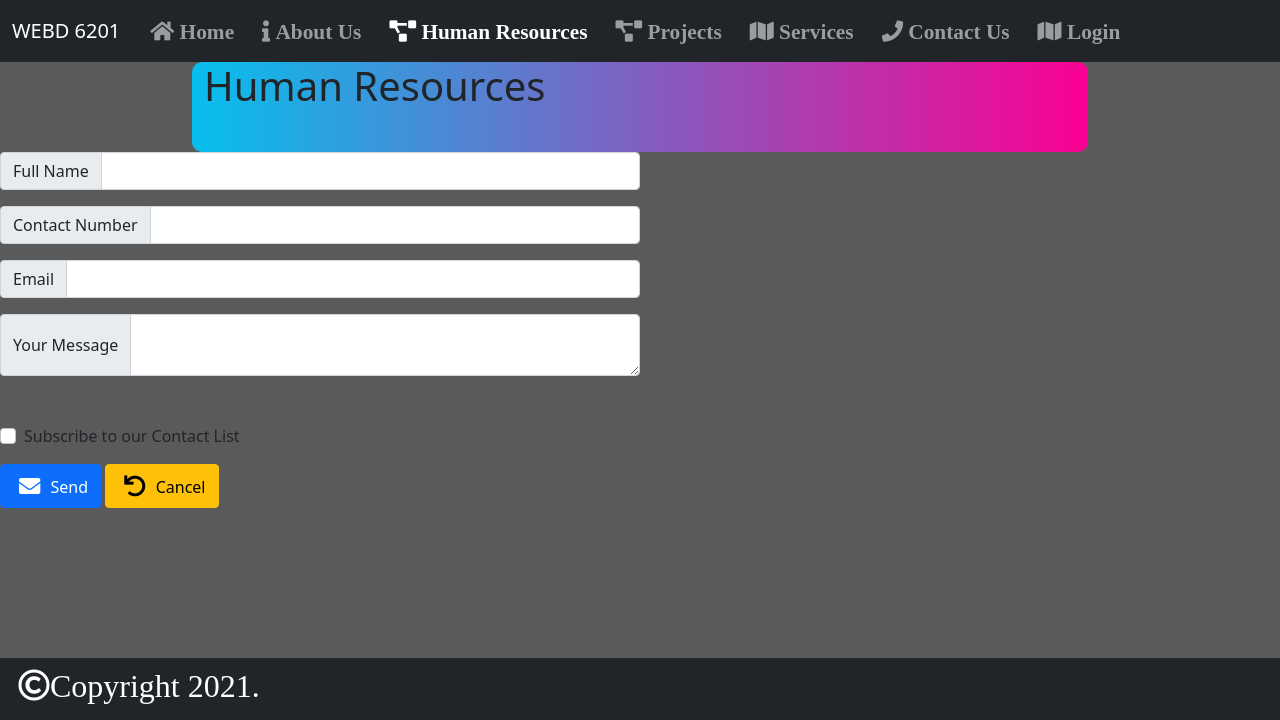
Repository: vans12345678/WEBD6201-W2021-Lab2
Page: human-resources.html
An editor plug-in stored every save of this project. The page is shown before and after the next save, followed by the edit.
The browser window is 1280 px wide. The pictures show the whole page.

Above is the page before, as saved 2021-03-06 18:39:31.

### human-resources.html
<!--human-resources.html
Name: Andre Agrippa, Michai Pryce
Date: 02/05/2021
-->
<!DOCTYPE html>
<html lang="en">
<head>
    <meta charset="UTF-8">
    <meta name="viewport" content="width=device-width, initial-scale=1.0">
    <title>Human Resources</title>

    <!-- CSS Section -->
    <link rel="stylesheet" href="./node_modules/bootstrap/dist/css/bootstrap.min.css">
    <link rel="stylesheet" href="./node_modules/@fortawesome/fontawesome-free/css/all.min.css">
    <link rel="stylesheet" href="./Content/app.css">
</head>
<body>
  <!-- Main Header -->
    <header>
      <!-- Main Navigation -->
        <nav class="navbar navbar-expand-lg navbar-dark bg-dark">
            <div class="container-fluid">
              <a id ="navHome" class="navbar-brand" href="index.html"></a>
              <button class="navbar-toggler" type="button" data-bs-toggle="collapse" data-bs-target="#navbarSupportedContent" aria-controls="navbarSupportedContent" aria-expanded="false" aria-label="Toggle navigation">
                <span class="navbar-toggler-icon"></span>
              </button>
              <div class="collapse navbar-collapse" id="navbarSupportedContent">
                <ul id = "ulNav" class="navbar-nav me-auto mb-2 mb-lg-0">
                  <li class="nav-item">
                    <a  class="nav-link" aria-current="page" href="index.html"><i id ="navIndex"class = "fas fa-home fa-lg"></i></a>
                  </li>
                  <li class="nav-item" id ="navAbout">
                    <a  class="nav-link " aria-current="page" href="about.html"><i id ="navAboutItem"class = "fas fa-info fa-lg"></i></a>
                  </li>
                  <li class="nav-item">
                    <a  class="nav-link" aria-current="page" href="projects.html"><i id ="navProjects" class ="fas fa-project-diagram fa-lg">Products</i></a>
                  </li>
                  <li class="nav-item">
                    <a  class="nav-link" aria-current="page" href="services.html"><i id ="navServices"class = "fas fa-map fa-lg"></i></a>
                  </li>
                  <li class="nav-item">
                    <a  class="nav-link " aria-current="page" href="contact.html"><i id ="navContact"class = "fas fa-phone fa-lg"></i></a>
                  </li>
                  <li class="nav-item" id="liLogin">
                    <a  class="nav-link " aria-current="page" href="login.html"><i  id ="navLogin" class = "fas fa-map fa-lg"></i></a>
                  </li>
                </ul>
              </div>
            </div>
          </nav>
    </header>
  <!-- Main Contents -->
    <main>
        <h1 class = "container">Human Resources</h1>
        <form class="col-lg-6 col-md-10 col-sm-10">

          <div class="input-group mb-3">
            <span class="input-group-text" id="inputGroup-sizing-default">Full Name </span>
            <input id="fullName" type="text" class="form-control" aria-label="Full Name" aria-describedby="Full Name Input"
            name="fullName" required>
          </div>

          <div class="input-group mb-3">
            <span class="input-group-text" id="inputGroup-sizing-default">Contact Number</span>
            <input id="contactNumber" type="tel" class="form-control" aria-label="Contact Number" aria-describedby="Contact Number Input"
            name="contactNumber" required>
          </div>

          <div class="input-group mb-3">
            <span class="input-group-text" id="inputGroup-sizing-default">Email</span>
            <input id="emailAddress" type="email" class="form-control" aria-label="Email Address" aria-describedby="Email Address Input"
            name="emailAddress" required>
          </div>

          <div class="input-group mb-3">
            <span class="input-group-text">Your Message</span>
            <textarea id="message" class="form-control" aria-label="With textarea" required></textarea>
          </div>

        <div class = "form-check mt-5 mb-3">
          <!-- <span class="input-group-text" id="inputGroup-sizing-default">Subscribe</span> -->
          <input id="subscribeCheckBox" name="subscribeCheckBox"class="form-check-input" type="checkbox" value="">
          <label class="form-check-label" for="flexCheckChecked"> Subscribe to our Contact List</label>
        </div>

          <button id="sendButton" type="submit" class="btn btn-primary"><i class="fas fa-envelope fa-lg"></i> Send</button>
          <button id="cancelButton" type="reset" class="btn btn-warning"><i class="fas fa-undo fa-lg"></i> Cancel</button>
        </form>
    </main>
    <!-- Main Footer -->
    <footer>
      <nav class="navbar fixed-bottom navbar-dark bg-dark">
          <div class="container-fluid">
              <h4><i id = "footer"class="far fa-copyright fa-lg site-footer"></i></h4>
          </div>
        </nav>
  </footer>
    <!-- Script Section -->
    <script src="./node_modules/jquery/dist/jquery.min.js"></script>
    <script src="./node_modules/bootstrap/dist/js/bootstrap.bundle.min.js"></script>
    <script src="./Scripts/namespace.js"></script>
    <script src="./Scripts/user.js"></script>
    <script src="./Scripts/app.js"></script>
</body>
</html>

### Content/app.css
/* custom css goes here */
.Vapor {
    background-image: url('../images/vapor.jpg');
    background-repeat: no-repeat;
    background-attachment: fixed;
    background-size: 100% 100%;
  }
  a {
    color: greenyellow;
  }
  .textFont
  {
    font-family: Arial, Helvetica, sans-serif;
    line-height: 32px;
  }
  body
  {
    background-color: rgb(90, 90, 90);
  }
  h1.container{
    border-radius: 10px;
    width: 70%;
    height: 90px;
    margin: 0px auto;
    background: linear-gradient(90deg,#06bfee,#fb0093)
  }
  h1.projects{
    background-color: white;
  }
  .contact-table{
    width: 100%;
    margin:  50px auto;
    background-color: white;
  }
  .contact-form
  {
    width: 100%;
    margin:  100px auto;
  }
  .warnMessage
  {
    width: 90%;
    margin:  50px;
  }
  .site-footer {
    color:white;
  }
  .formMargin
  {
    margin: 35px 70px;
  }
  .inputMargin
  {
    margin: 5px 10px;
  }
  .formBackground
  {
    background-color: rgba(20, 174, 235, 0.822);
    border: 5px solid rgb(0, 238, 255);

  }
  i{
    margin:7px 6px;
  }

### Scripts/namespace.js
//Namespace core
let core;

### Scripts/user.js
"use strict";
// User Class

((core)=>
{
  class User {
    // getters and setters
    get DisplayName()
    {
      return this.m_displayName;
    }

    set DisplayName(value)
    {
      this.m_displayName = value;
    }

    get EmailAddress()
    {
      return this.m_emailAddress;
    }

    set EmailAddress(value)
    {
      this.m_emailAddress = value;
    }

    get Username()
    {
      return this.m_username;
    }

    set Username(value)
    {
      this.m_username = value;
    }
    get Password()
    {
      return this.m_password;
    }

    set Password(value)
    {
      this.m_password = value;
    }

    // constructor
    /**
     * Creates an instance of user
     * @param {string} displayName
     * @param {string} emailAddress
     * @param {string} username
     * @param {string} password
     */
    constructor(displayName = "", emailAddress = "", username = "", password = "")
    {
      this.DisplayName = displayName;
      this.EmailAddress = emailAddress;
      this.Username = username;
      this.Password = password;

    }

    // methods

    /**
     * This method overrides the built-in toString method for the User class
     *
     * @returns {string}
     */
    toString()
    {
      return `Display Name     : ${this.DisplayName}\nEmail Address : ${this.EmailAddress}\nUser Name : ${this.Username}`;
    }

    /**
     * This method returns a JSON object made up of the properties of the User class
     *
     * @returns {Object}
     */
    toJSON()
    {
      return {
        "DisplayName": this.DisplayName,
        "EmailAddress": this.EmailAddress,
        "Username":this.Username
      }
    }

    /**
     * This method takes a JSON data object and assigns the value to the User class properties
     *
     * @param {Object} data
     */
    fromJSON(data)
    {
      this.DisplayName = data.DisplayName;
      this.EmailAddress = data.EmailAddress;
      this.Username = data.Username;
      this.Password = data.Password;
    }

    /**
     * This method converts the User into a comma-separated value string
     *
     * @returns {string}
     */
    serialize()
    {
      if(this.DisplayName !== "" && this.EmailAddress !== "" && this.Username !== "")
      {
        return `${this.DisplayName},${this.EmailAddress},${this.Username}`;
      }
      else
      {
        console.error("One or more properties of the User is empty");
        return null;
      }
    }

    /**
     * This method takes a comma-separated data string and assigns the values to the User class properties
     *
     * @param {string} data
     * @return {void}
     */
    deserialize(data)
    {
      let propertyArray = data.split(",");
      this.DisplayName = propertyArray[0];
      this.EmailAddress = propertyArray[1];
      this.Username = propertyArray[2];
    }
  }

  core.User = User;

})(core || (core={}));

Loaded but not shown: node_modules/bootstrap/dist/css/bootstrap.min.css (library); node_modules/@fortawesome/fontawesome-free/css/all.min.css (library); node_modules/jquery/dist/jquery.min.js (library); node_modules/bootstrap/dist/js/bootstrap.bundle.min.js (library); Scripts/app.js (639 lines, source omitted)

After the next save:
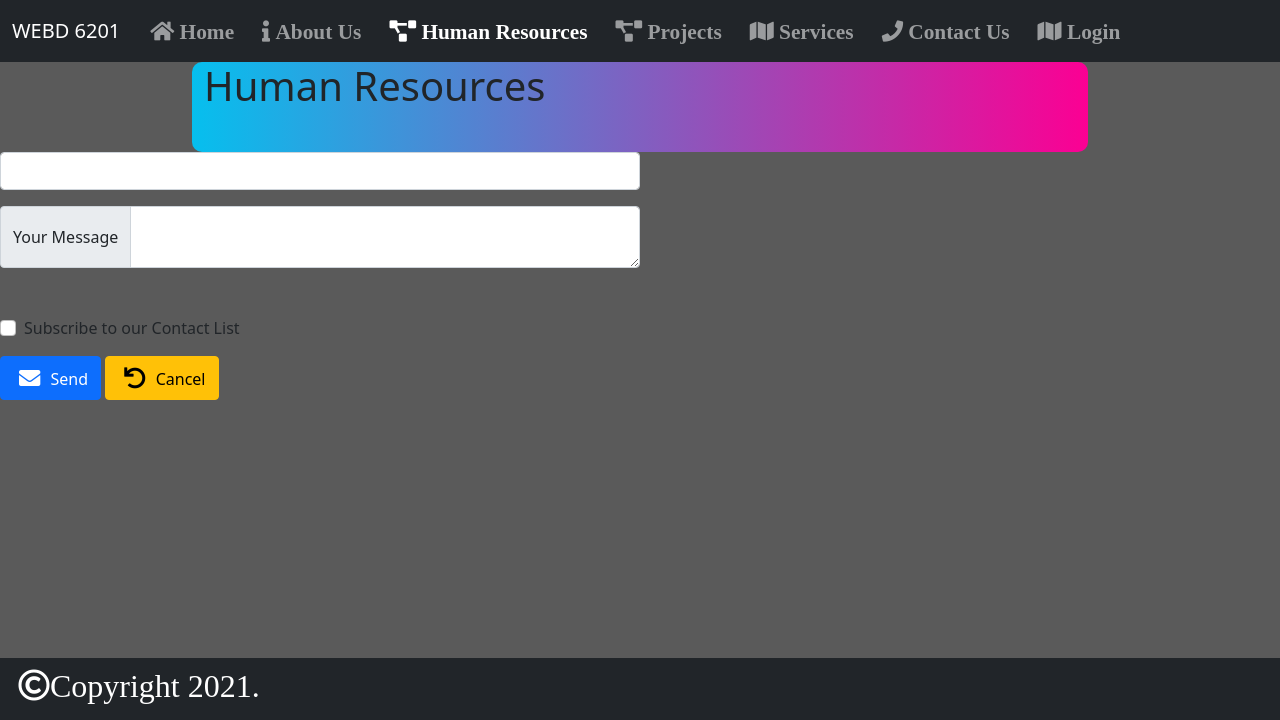
Saved 2 min 35 s later.
--- a/human-resources.html
+++ b/human-resources.html
@@ -54,23 +54,12 @@ Date: 02/05/2021
         <h1 class = "container">Human Resources</h1>
         <form class="col-lg-6 col-md-10 col-sm-10">
 
-          <div class="input-group mb-3">
-            <span class="input-group-text" id="inputGroup-sizing-default">Full Name </span>
-            <input id="fullName" type="text" class="form-control" aria-label="Full Name" aria-describedby="Full Name Input"
-            name="fullName" required>
-          </div>
 
           <div class="input-group mb-3">
-            <span class="input-group-text" id="inputGroup-sizing-default">Contact Number</span>
             <input id="contactNumber" type="tel" class="form-control" aria-label="Contact Number" aria-describedby="Contact Number Input"
             name="contactNumber" required>
           </div>
 
-          <div class="input-group mb-3">
-            <span class="input-group-text" id="inputGroup-sizing-default">Email</span>
-            <input id="emailAddress" type="email" class="form-control" aria-label="Email Address" aria-describedby="Email Address Input"
-            name="emailAddress" required>
-          </div>
 
           <div class="input-group mb-3">
             <span class="input-group-text">Your Message</span>
